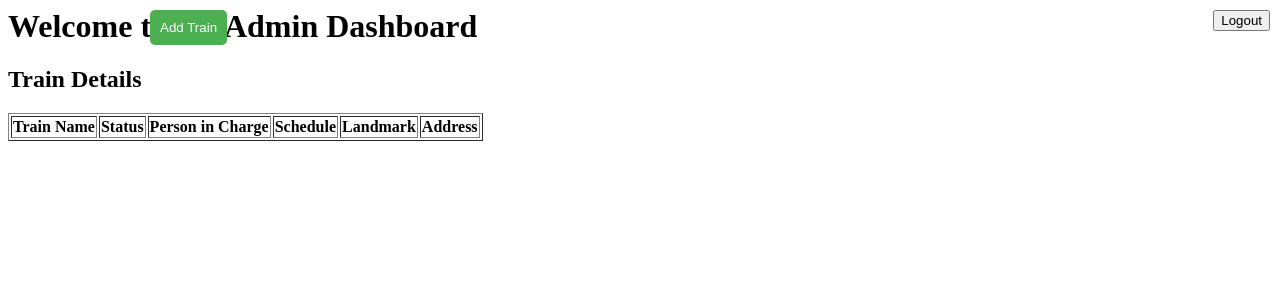
Repository: MohamedUmar083/Project_2
Page: http://localhost/Railway_Crossing_Status/admin-dashboard.jsp
The author's editor kept a copy of each file at every save. The page is drawn from the files as they stood at one save, then again after the next save.
The browser window is 1280 px wide. The pictures show the whole page.
The page is served by Tomcat 10. Other server files are loaded and not shown. Queries for data that is not in the repository find no rows.

Above is the page before, as saved 2023-12-22 12:32:17.

### Railway Crossing Status/src/main/webapp/admin-dashboard.jsp
<%@ page import="java.sql.Connection" %>
<%@ page import="java.sql.DriverManager" %>
<%@ page import="java.sql.PreparedStatement" %>
<%@ page import="java.sql.ResultSet" %>
<%@ page import="java.sql.SQLException" %>
<%@ page contentType="text/html;charset=UTF-8" language="java" %>

<html>
<head>
    <title>Admin Dashboard</title>

</head>
<body>
<!-- Logout button -->
   <form action="logout" method="post" style="position: absolute; top: 10px; right: 10px;">
        <input type="submit" value="Logout">
    </form>

    <!-- Add Train button -->

    <h1>Welcome to the Admin Dashboard</h1>
     <form action="add-train.jsp" method="get" style="position: absolute; top: 10px; left: 150px;">
        <input type="submit" value="Add Train" style="padding: 10px; background-color: #4CAF50; color: white; border: none; border-radius: 5px; cursor: pointer;">
    </form>

    <h2>Train Details</h2>
    <table border="1">
        <thead>
            <tr>
                <th>Train Name</th>
                <th>Status</th>
                <th>Person in Charge</th>
                <th>Schedule</th>
                <th>Landmark</th>
                <th>Address</th>
            </tr>
        </thead>
        <tbody>
            <%
            try {
                // Database connection details
                String jdbcUrl = "jdbc:mysql://localhost:3306/railwayproject";
                String dbUsername = "root";
                String dbPassword = "Mohdumar@1011302";

                // Establish the database connection
                Class.forName("com.mysql.cj.jdbc.Driver");
                Connection connection = DriverManager.getConnection(jdbcUrl, dbUsername, dbPassword);

                // Query to retrieve available trains
                String sql = "SELECT * FROM trains";
                try (PreparedStatement statement = connection.prepareStatement(sql);
                     ResultSet resultSet = statement.executeQuery()) {

                	while (resultSet.next()) {
                        String trainName = resultSet.getString("train_name");
                        String status = resultSet.getString("crossing_status");
                        String personInCharge = resultSet.getString("person_in_charge");
                        String schedule = resultSet.getString("train_schedule");
                        String landmark = resultSet.getString("landmark");
                        String address = resultSet.getString("address");

                        // Display train details in the table
            %>
                        <tr>
                             <td><%= trainName %></td>
            <td><%= status %></td>
            <td><%= personInCharge %></td>
            <td><%= schedule %></td>
            <td><%= landmark %></td>
            <td><%= address %></td>
                        </tr>
            <%
                    }
                }
            } catch (ClassNotFoundException | SQLException e) {
                e.printStackTrace(); // Handle the exception appropriately in your application
            }
            %>
        </tbody>
    </table>

    <!-- Add any other admin-specific content here -->

</body>
</html>

After the next save:
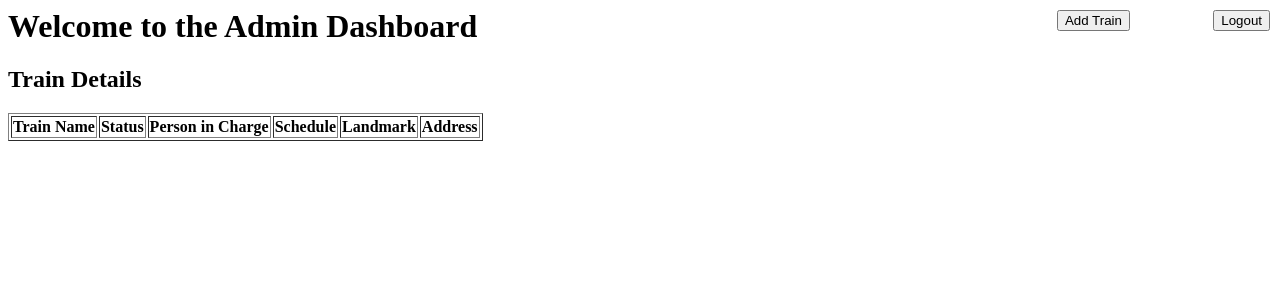
Saved 111 s later.
--- a/Railway Crossing Status/src/main/webapp/admin-dashboard.jsp
+++ b/Railway Crossing Status/src/main/webapp/admin-dashboard.jsp
@@ -19,8 +19,8 @@
     <!-- Add Train button -->
 
     <h1>Welcome to the Admin Dashboard</h1>
-     <form action="add-train.jsp" method="get" style="position: absolute; top: 10px; left: 150px;">
-        <input type="submit" value="Add Train" style="padding: 10px; background-color: #4CAF50; color: white; border: none; border-radius: 5px; cursor: pointer;">
+     <form action="add-train.jsp" method="get" style="position: absolute; top: 10px; right: 150px;">
+        <input type="submit" value="Add Train">
     </form>
 
     <h2>Train Details</h2>
